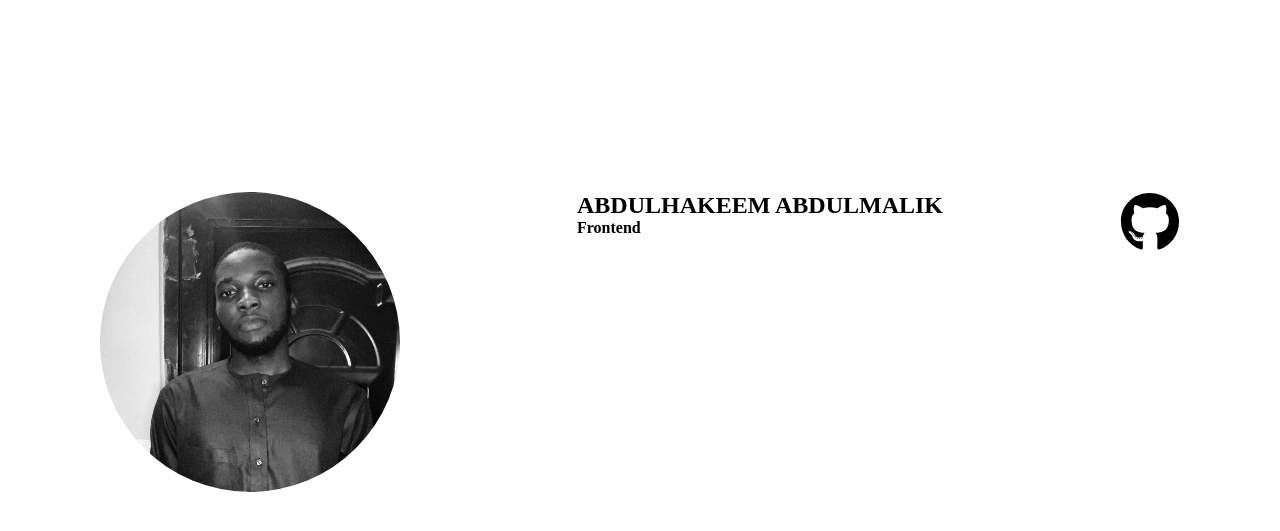
Repository: malikhakeem/HNG-TASK
Page: HNG-TASK1.html
The author's editor kept a copy of each file at every save. The page is drawn from the files as they stood at one save, then again after the next save.
The browser window is 1280 px wide. The pictures show the whole page.

Above is the page before, as saved 2023-09-08 21:48:19.

After the next save:
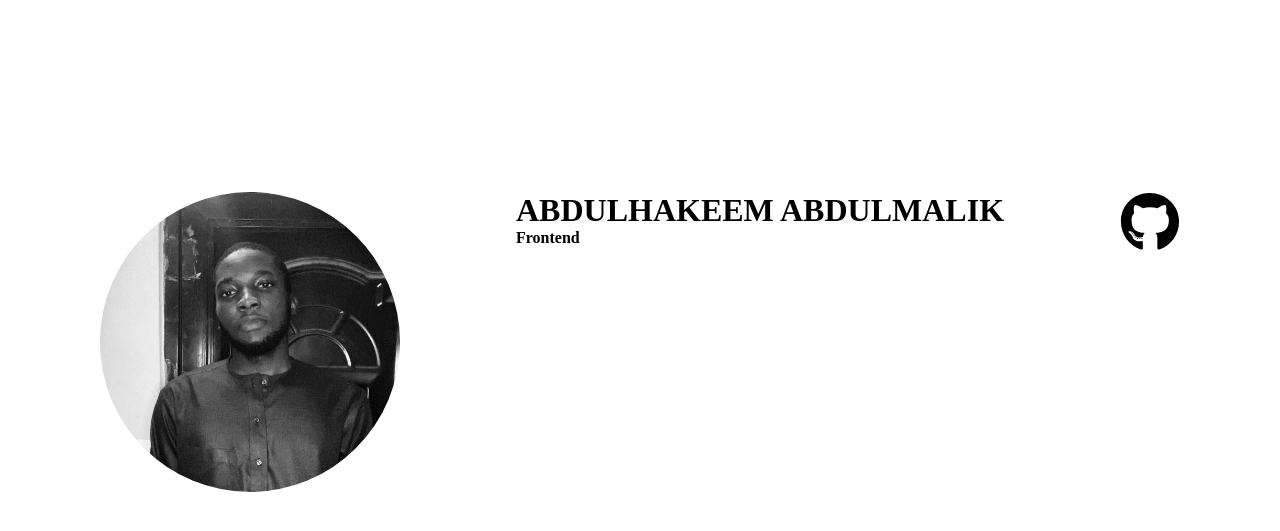
Saved 28 s later.
--- a/HNG-TASK1.html
+++ b/HNG-TASK1.html
@@ -15,7 +15,7 @@
             <div class="nav-left"><img data-testId="slackDisplayImage" class="profile-pic" src="./pic/kim.jpg"alt="Malik" /></div>
             <div class="nav-mid">
                 <div class="slack-name">
-                    <h2>ABDULHAKEEM ABDULMALIK</h2>
+                    <h1>ABDULHAKEEM ABDULMALIK</h1>
                 </div>
                 <div class="track">
                     <h4>Frontend</h4>
